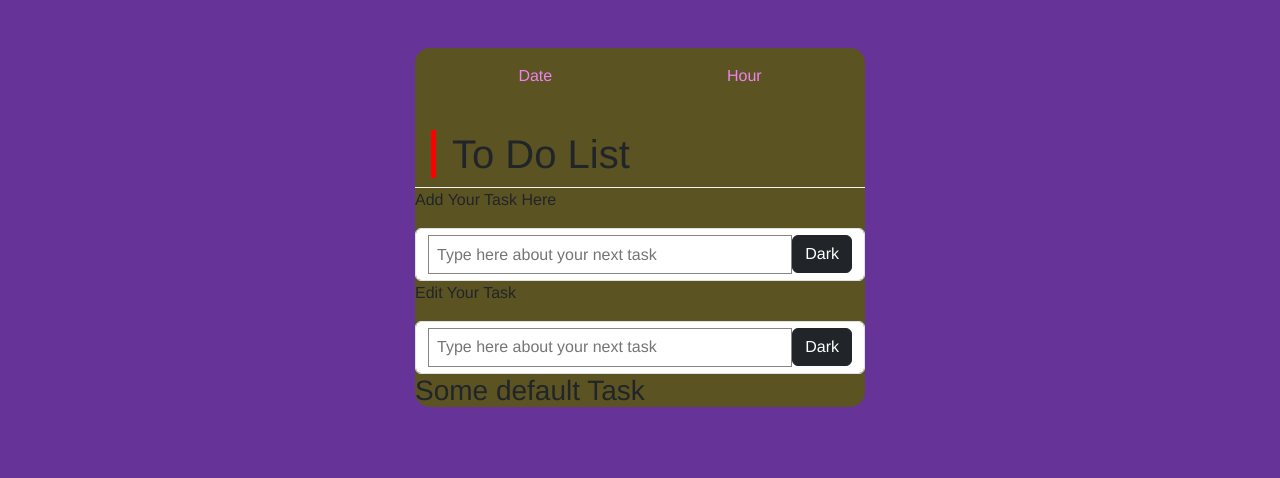
Repository: Passionblaz/TODO
Page: TODO/Untitled-1.html
An editor plug-in stored every save of this project. The page is shown before and after a run of saves, followed by the edit.
The browser window is 1280 px wide. The pictures show the whole page.

Above is the page before, as saved 2023-07-14 14:13:35.

### TODO/Untitled-1.html
<!DOCTYPE html>
<html lang="en">
<head>
  <meta charset="UTF-8">
  <meta name="viewport" content="width=device-width, initial-scale=1.0">
  <title>Document</title>
  <link href="https://cdn.jsdelivr.net/npm/bootstrap@5.3.0/dist/css/bootstrap.min.css" rel="stylesheet" integrity="sha384-9ndCyUaIbzAi2FUVXJi0CjmCapSmO7SnpJef0486qhLnuZ2cdeRhO02iuK6FUUVM" crossorigin="anonymous">
  <!-- Bootstrap Bundle JS (jsDelivr CDN) -->
  <script defer src="https://cdn.jsdelivr.net/npm/bootstrap@5.3.0/dist/js/bootstrap.bundle.min.js" integrity="sha384-geWF76RCwLtnZ8qwWowPQNguL3RmwHVBC9FhGdlKrxdiJJigb/j/68SIy3Te4Bkz" crossorigin="anonymous"></script>
  <link rel="stylesheet" href="todostyles.css">
</head>
<body>
<div class="todo-container">
  <div class="date-hour">
    <p class="date">Date</p>
    <p class="hour">Hour</p>
  </div>
<header>
  <h1>To Do List</h1>
</header>
<!-- Edit the task -->
<form action="" id="todo-form">
  <p>Add Your Task Here</p>
<div class="form-control">
<input type="text" id="todo-input" placeholder="Type here about your next task">
<div class="button">
  <button type="button" class="btn btn-dark">Dark</button>
 </div>
</div>

</form>

<form action="" id="edit-form">
  <p>Edit Your Task</p>
<div class="form-control">
<input type="text" id="edit-input" placeholder="Type here about your next task">
<div class="button2">
  <button type="button" class="btn btn-dark">Dark</button>
 </div>
</div>

</form>
<div class="todo-list"
<div class="todo">
  <h3>Some default Task</h3>

</div>
</div>




    </body>
</html>

### TODO/todostyles.css
*{
  padding: 0;
  margin: 0;
  box-sizing: border-box;
}
body{
  font-family: 'Franklin Gothic Medium', 'Arial Narrow', Arial, sans-serif;
  background: rebeccapurple;

}
.form-control {
  display: flex;
}
.form-control input {
  flex: 1;
  outline: 0;
box-shadow: none;
border: 1px solid #858585;
}
.form-control button:hover {
  background-color: green;
}
.date-hour {
  display: flex;
  justify-content: space-around;
  align-items:center;
  padding: 1rem 1rem 1.5rem 1rem;
  font-size: 16px;
  color: violet;
}
button {
  background-color: darkorange;
  color: blue;
  border: 2px solid red;
  padding: 0.2rem 0.4rem;
  font-size: .8rem;
  cursor: pointer;
  justify-content: center;
  align-items: center;
  transition: .4s;
  border: 1px solid orange;
}
button:hover {
  background-color: orangered;
  color: white;
}
button > i {
  font-weight: bold;
  pointer-events: none;
}
input {
  padding: .4rem .5rem;
}
.hide {
  display: none;
}
.todo-container {
  background-color: #5c5323;
  border-radius: 15px;
  width: 450px;
  margin: 3rem auto;
  padding: 1.5.rem;
}
.todo-container header {
  padding: 0.1rem 1rem;
border-bottom: 1px solid whitesmoke;
}
header >h1 {
  padding-left: 16px;
  border-left: 5px solid red;
}


.button {


}

After the next 2 saves:
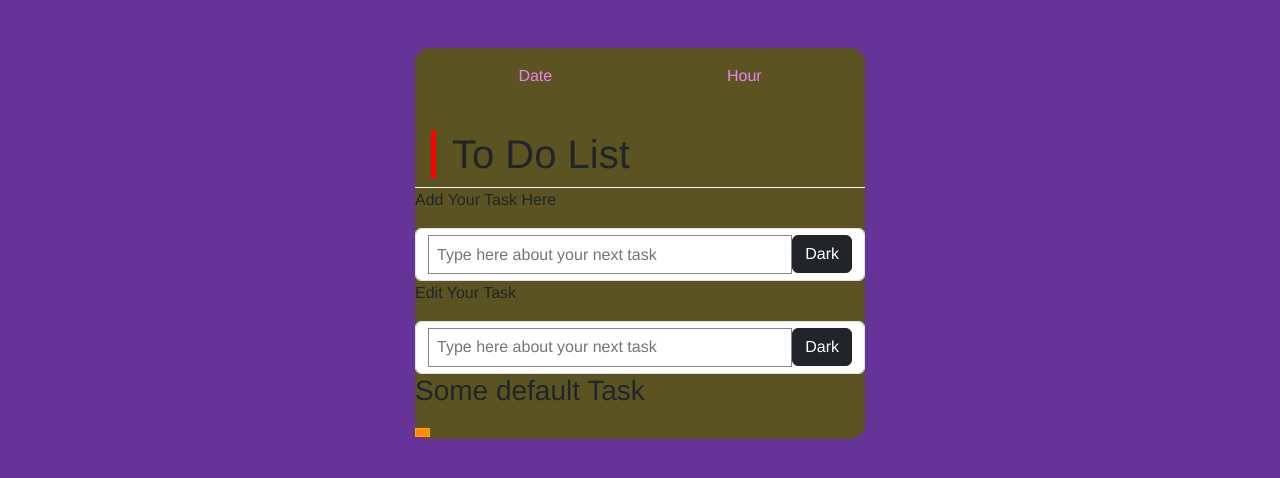
The 2 saves are shown as one change because they came seconds apart.
The last was saved 10 s later.
--- a/TODO/Untitled-1.html
+++ b/TODO/Untitled-1.html
@@ -43,7 +43,7 @@
 <div class="todo-list"
 <div class="todo">
   <h3>Some default Task</h3>
-
+  <button class=""
 </div>
 </div>
 
